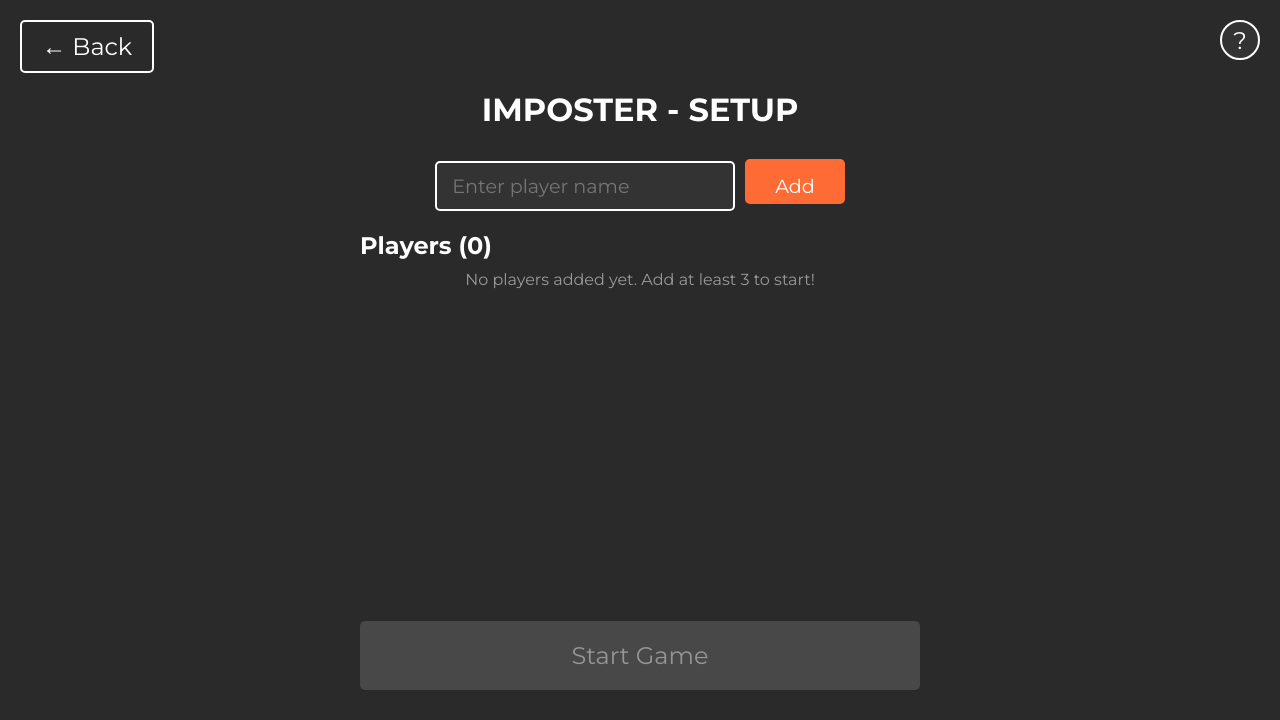
Repository: nfemmanuel/game-night-app
Page: /imposter-setup
An editor plug-in stored every save of this project. The page is shown before and after the next save, followed by the edit.
The browser window is 1280 px wide. The pictures show the whole page.
The project was rebuilt for these pictures with package versions that can differ from the ones it lists, and the page was loaded fresh each time. Also part of the build but not shown: src/components/GameCard.module.css, src/components/GameCard.jsx, src/pages/LandingPage.jsx, src/data/wordList.js, src/pages/ImposterReveal.jsx, src/pages/ImposterVoting.jsx.

Above is the page before, as saved 2026-01-02 16:22:40.

After the next save:
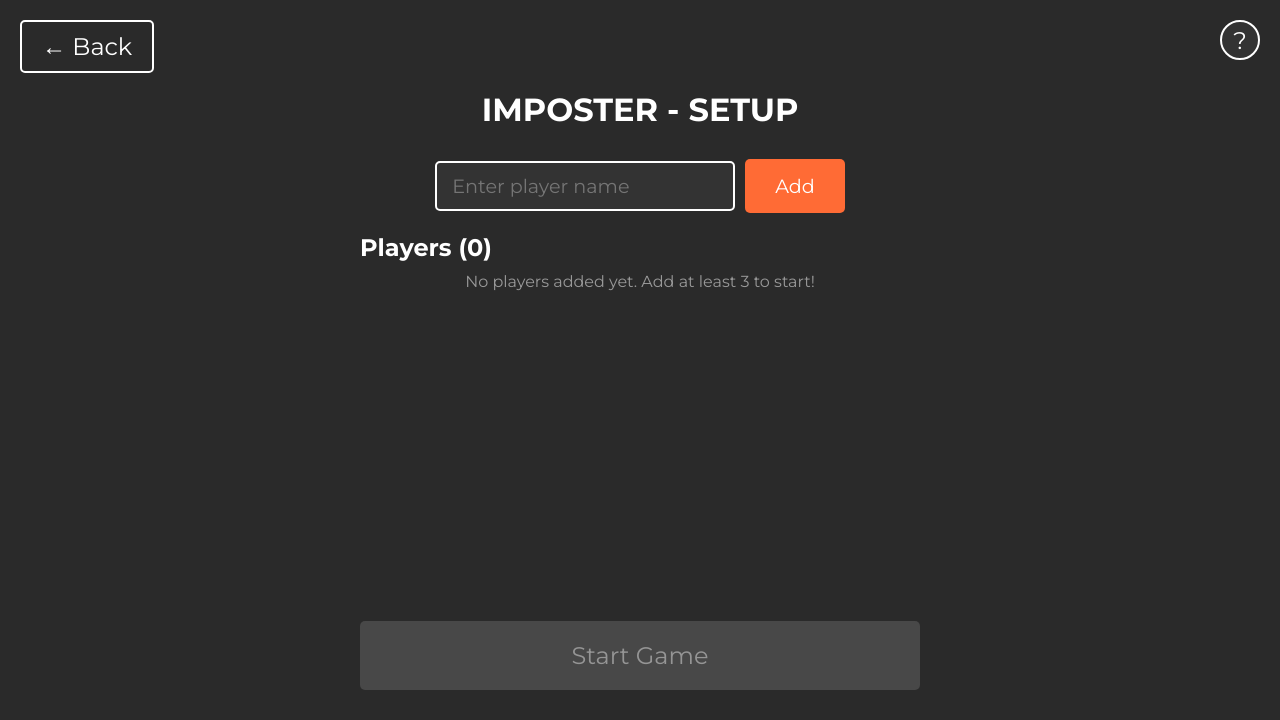
Saved 13 s later.
--- a/src/pages/ImposterSetup.jsx
+++ b/src/pages/ImposterSetup.jsx
@@ -145,7 +145,6 @@ function ImposterSetup() {
                 <button
                     onClick={addPlayer}
                     style={{
-                        height: '45px',
                         padding: '15px 30px',
                         fontSize: '1.2rem',
                         backgroundColor: '#FF6B35',
